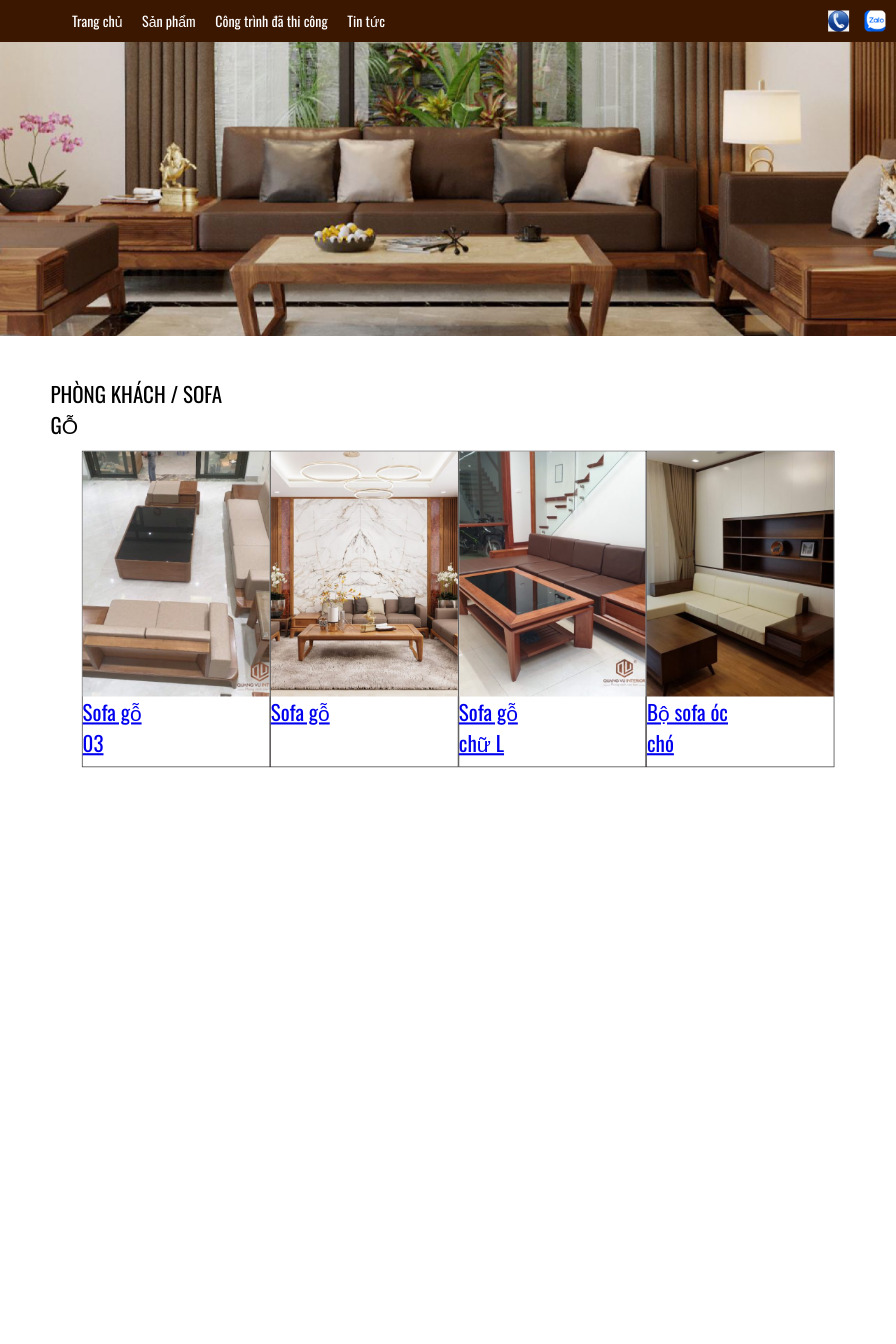
Repository: KHANHD192/FigmaTo-HTML
Page: APP-SHOP/index.html
These files come from the project's save history. The page is drawn as it stood at one moment and after the next save; the edit follows.
The browser window is 1280 px wide. The pictures show the part of the page from y = 0 to 1920 px (the page is 4376 px tall), at 70% of full size.

Above is the page before, as saved 2022-11-21 13:29:53.

### APP-SHOP/index.html
<!DOCTYPE html>
<html lang="en">
<head>
    <meta charset="UTF-8">
    <meta http-equiv="X-UA-Compatible" content="IE=edge">
    <meta name="viewport" content="width=device-width, initial-scale=1.0">
    <title>APP-SHOP</title>
    <link rel="stylesheet" href="https://cdnjs.cloudflare.com/ajax/libs/normalize/8.0.1/normalize.min.css" integrity="sha512-NhSC1YmyruXifcj/KFRWoC561YpHpc5Jtzgvbuzx5VozKpWvQ+4nXhPdFgmx8xqexRcpAglTj9sIBWINXa8x5w==" crossorigin="anonymous" referrerpolicy="no-referrer" />
    <link rel="stylesheet" href="./asset/Css_main/base.css">
    <link rel="stylesheet" href="./asset/Css_main/main.css">
    <link rel="preconnect" href="https://fonts.googleapis.com">
     <link rel="preconnect" href="https://fonts.gstatic.com" crossorigin>
</head>
<body>
    <div class="app">
         <header class="app__header">
                 <div class="header__nav-bar">
                    <ul class="nav-bar__item">
                        <li>
                            <a href="./index.html" class="nav-bar__item-link">Trang chủ</a>
                        </li>
                        <li>
                            <a href="#" class="nav-bar__item-link">Sản phẩm</a>
                        </li>
                        <li>
                            <a href="./ctdtc.html" class="nav-bar__item-link">Công trình đã thi công</a>
                        </li>
                        <li>
                            <a href="./tintuc.html" class="nav-bar__item-link">Tin tức</a>
                        </li>
                    </ul>
                    <ul class="nav-bar__icon">
                        <li>
                            <img src="./asset/IMG/image 3.png" alt="" class="logo">
                        </li>
                        <li>
                            <img src="./asset/IMG/image 2.png" alt="" class="logo">
                        </li>
                    </ul>
                 </div>
                 <div class="header__background">
                     <img src="./asset/IMG/image 4.png" alt="background">
                 </div>
         </header>
     <div class="app__container">
        <div class="container__collect">
            <div class="collect1">
                <h2 class="title">PHÒNG KHÁCH / SOFA GỖ</h2>
                <ul class="list__item">
                    <li>
                        <div class="wrap__image">
                            <img src="./asset/IMG/image 5.png" alt="" class="item__image">
                        </div>
                        <a href="https://noithatquangvu.vn/san-pham/sofa-go-3/" class="item__image-link">Sofa gỗ 03</a>
                    </li>
                    <li>
                          <div class="wrap__image">
                            <img src="./asset/IMG/image 5 (1).png" alt="" class="item__image">
                          </div>
                        <a href="https://noithatquangvu.vn/san-pham/sofa-go/" class="item__image-link">Sofa gỗ</a>
                    </li>
                    <li>
                         <div class="wrap__image">
                            <img src="./asset/IMG/image 6.png" alt="" class="item__image">
                         </div>
                        <a href="https://noithatquangvu.vn/san-pham/sofa-go-chu-l/" class="item__image-link">Sofa gỗ chữ L</a>
                    </li>
                    <li>
                       <div class="wrap__image">
                        <img src="./asset/IMG/image 6 (1).png" alt="" class="item__image">
                       </div>
                        <a href="https://noithatquangvu.vn/san-pham/bo-sofa-go-oc-cho-ms10/" class="item__image-link">Bộ sofa óc chó</a>
                    </li>

                </ul>
            </div>
        </div>
     </div>
     <footer class="app__footer">

     </footer>
    </div>
</body>
</html>

### APP-SHOP/asset/Css_main/base.css
@import url('https://fonts.googleapis.com/css2?family=Oswald&family=Roboto:wght@100&display=swap');
/* header */
html{
    font-size: 62.5%;
    box-sizing: border-box;
    font-family: 'Oswald', sans-serif;
}
.app{
    max-width: 1800px;
}
.app__header{

}
.header__nav-bar{
      display: flex;
      justify-content: space-between;
      height: 60px;
      background-color: #3C1700;;
}
.nav-bar__item {
    width: 603px;
    height: 30px;
    list-style: none;
    display: flex;
    font-family: 'Oswald', sans-serif;
    font-size: 20px;
    line-height: 29.64px;
    margin-top: 15px;
    margin-bottom: 15px ;
    margin-left: 63px;
}
.nav-bar__item-link{
    text-decoration: none;
    color: #FFFFFF;
    margin-right: 28px;
}
.header__nav-bar:not(:last-child){
    margin-right: 0;
}
.nav-bar__icon{
    list-style: none;
    display: flex;
    margin-top: 15px;
    margin-bottom: 15px ;
    margin-right: 15px;
}
.logo{
    width: 30px;
    height: 30px;
}
.logo:last-child{
    margin-left: 22px;
}
.header__background{
    width:100%;
    height: 420px;
}
.header__background img{
    width: 100%;
    height: 100%;
    object-fit: cover;
}
/* footer */

### APP-SHOP/asset/Css_main/main.css
.app__container{
 max-width: 1800px;
    height: 3835px;
}
.collect1 h2{
    width: 285px;
    height: 42px;
    font-family: 'Oswald', sans-serif;
    font-weight: 400;
    font-size: 30px;
    line-height: 44.46px;
    color: #000000;
    position: relative;
    margin-top: 61px;
    margin-bottom: 61px;
    margin-left: 72px;
}
.collect1 h2::after{
    content: "";
    position: absolute;
    max-width: 1635px;
    height: 4px;
    background-color: #D9D9D9;
    left:0;
    bottom: -10px;

}
.collect1 .list__item{
    list-style: none;
    display: flex;
    margin-left:77px;
    margin-right: 88px;
}
.list__item li {
   max-width: 350px;
    height: 450px;
    border:  1px solid #332F2F;
}
li .wrap__image{
   max-width: 350px;
    height: 350px;
}
.item__image-link{
    display: block;
    max-width:118px;
    height: 63px;
    font-size: 30px;
    font-weight: 400;
    line-height: 44.46px;
}
li .wrap__image img{
    width: 100%;
    height: 100%;
    object-fit: cover;
}

After the next save:
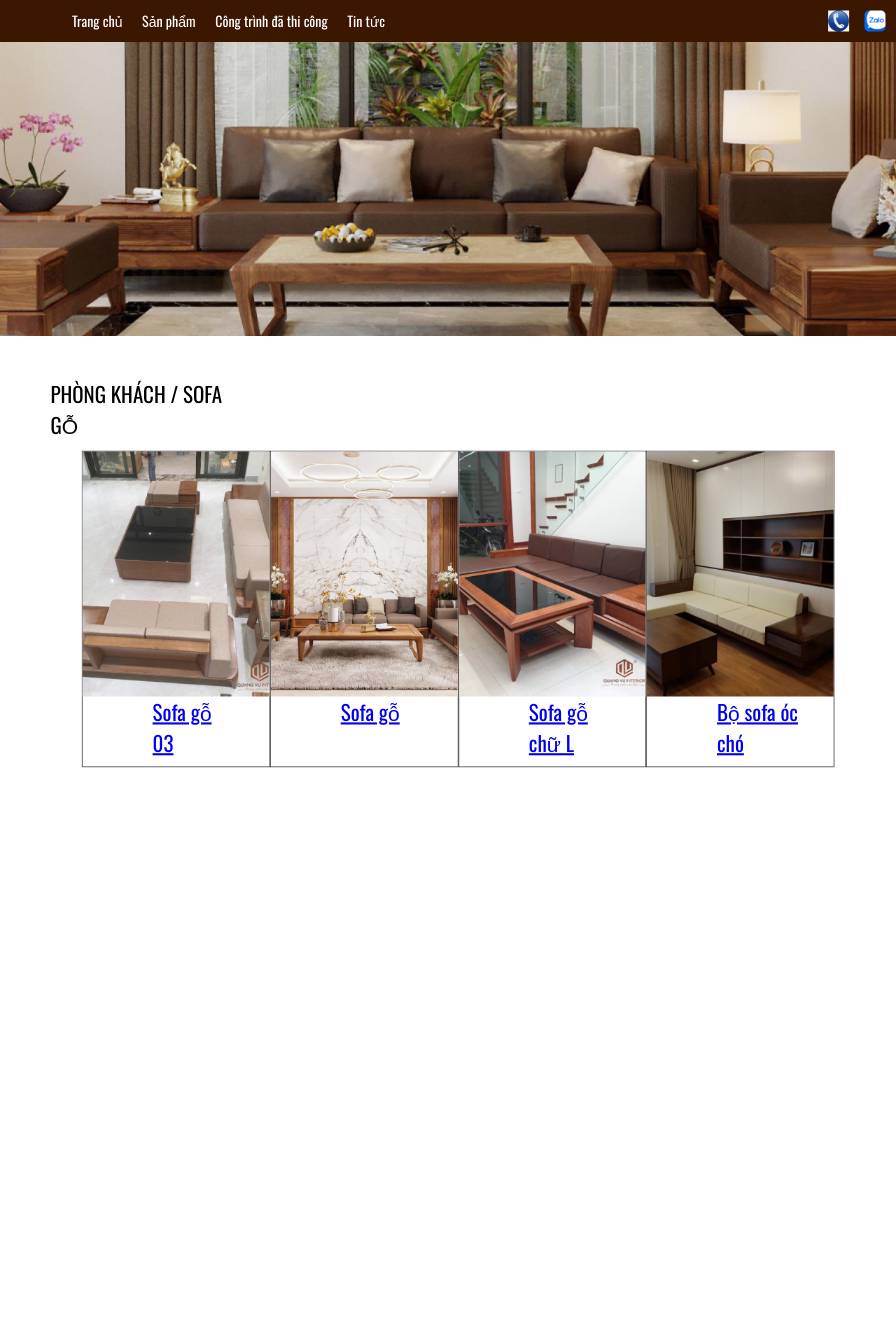
Saved 68 s later.
--- a/APP-SHOP/asset/Css_main/main.css
+++ b/APP-SHOP/asset/Css_main/main.css
@@ -47,6 +47,9 @@ li .wrap__image{
     font-size: 30px;
     font-weight: 400;
     line-height: 44.46px;
+    margin-left:100px;
+    margin-bottom: 9px;
+
 }
 li .wrap__image img{
     width: 100%;
